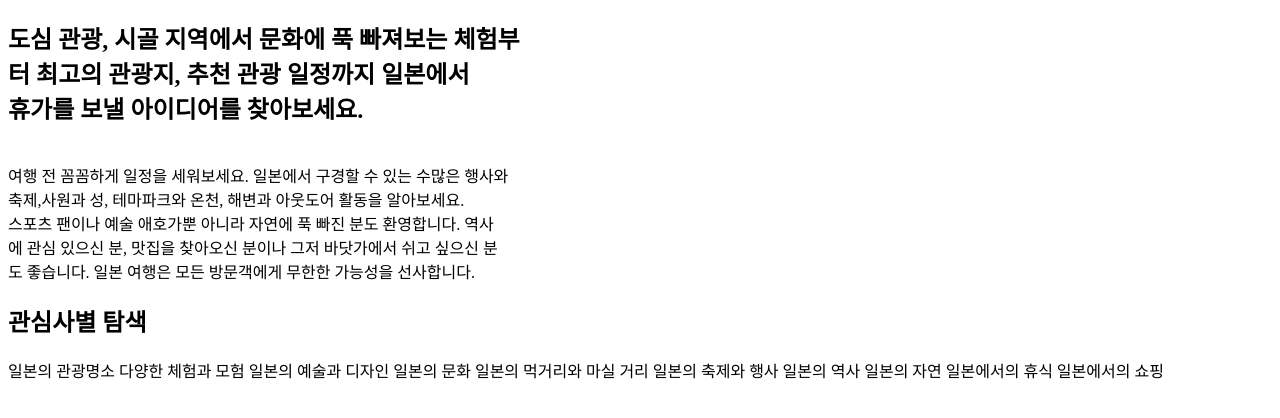
Repository: jaehyeon0418/workspace123
Page: w1024/src/main/webapp/w1024_03.html
An editor plug-in stored every save of this project. The page is shown before and after the next save, followed by the edit.
The browser window is 1280 px wide. The pictures show the whole page.

Above is the page before, as saved 2022-10-24 02:15:02.

### w1024/src/main/webapp/w1024_03.html
<!DOCTYPE html>
<html>
<head>
<meta charset="UTF-8">
<title>Insert title here</title>
</head>
<body>
<div>
<h2>도심 관광, 시골 지역에서 문화에 푹 빠져보는 체험부<br>터 최고의 관광지, 추천 관광 일정까지 일본에서 <br>휴가를 보낼 아이디어를 찾아보세요.</h2>
<br>
여행 전 꼼꼼하게 일정을 세워보세요. 일본에서 구경할 수 있는 수많은 행사와 <br>축제,사원과 성, 테마파크와 온천, 해변과 아웃도어 활동을 알아보세요.<br>스포츠 팬이나 예술 애호가뿐 아니라 자연에 푹 빠진 분도 환영합니다. 역사<br>에 관심 있으신 분, 맛집을 찾아오신 분이나 그저 바닷가에서 쉬고 싶으신 분<br>도 좋습니다. 일본 여행은 모든 방문객에게 무한한 가능성을 선사합니다.
<br>
</div>
<h2>관심사별 탐색</h2>

<span>일본의 관광명소</span> <span>다양한 체험과 모험</span>
<span>일본의 예술과 디자인</span>
<span>일본의 문화</span>
<span>일본의 먹거리와 마실 거리</span>
<span>일본의 축제와 행사</span>
<span>일본의 역사</span>
<span>일본의 자연</span>
<span>일본에서의 휴식</span>
<span>일본에서의 쇼핑</span>






</body>
</html>

After the next save:
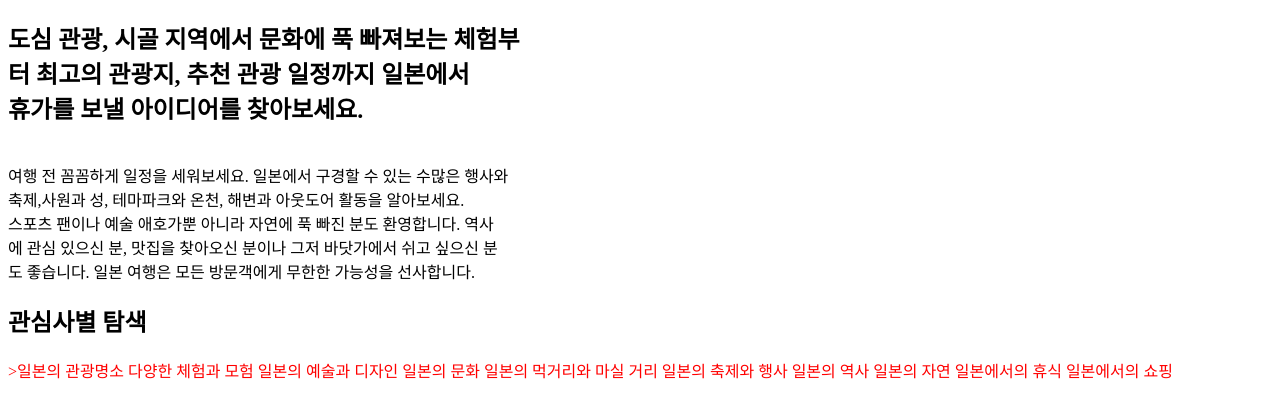
Saved 96 s later.
--- a/w1024/src/main/webapp/w1024_03.html
+++ b/w1024/src/main/webapp/w1024_03.html
@@ -13,15 +13,15 @@
 </div>
 <h2>관심사별 탐색</h2>
 
-<span>일본의 관광명소</span> <span>다양한 체험과 모험</span>
-<span>일본의 예술과 디자인</span>
-<span>일본의 문화</span>
-<span>일본의 먹거리와 마실 거리</span>
-<span>일본의 축제와 행사</span>
-<span>일본의 역사</span>
-<span>일본의 자연</span>
-<span>일본에서의 휴식</span>
-<span>일본에서의 쇼핑</span>
+<span style="color:red;">>일본의 관광명소</span> <span style="color:red;">다양한 체험과 모험</span>
+<span style="color:red;">일본의 예술과 디자인</span>
+<span style="color:red;">일본의 문화</span>
+<span style="color:red;">일본의 먹거리와 마실 거리</span>
+<span style="color:red;">일본의 축제와 행사</span>
+<span style="color:red;">일본의 역사</span>
+<span style="color:red;">일본의 자연</span>
+<span style="color:red;">일본에서의 휴식</span>
+<span style="color:red;">일본에서의 쇼핑</span>
 
 
 
